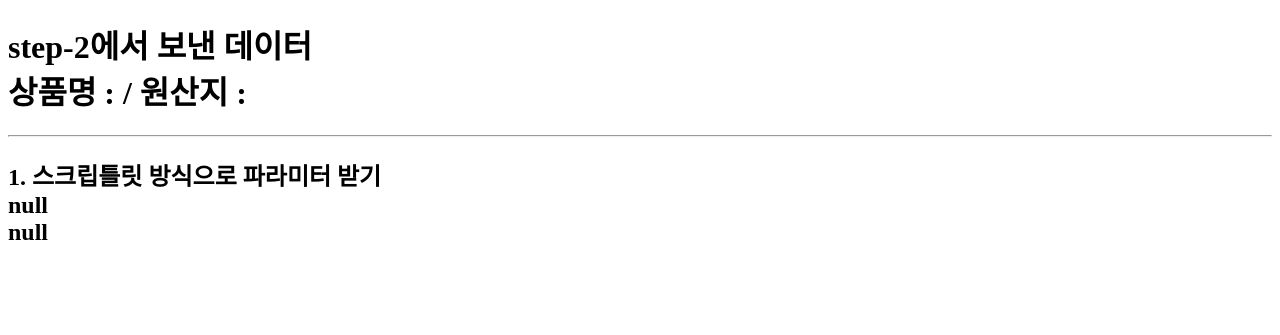
Repository: gajami-kim/240430_JSPJSTL_Study
Page: http://localhost/jstl_study/step-3.jsp
An editor plug-in stored every save of this project. The page is shown before and after the next save, followed by the edit.
The browser window is 1280 px wide. The pictures show the whole page.
The page is served by Tomcat 9. Other server files are loaded and not shown.

Above is the page before, as saved 2024-04-11 03:10:34.

### _jspl_workspace/jstl_study/src/main/webapp/step-3.jsp
<%@ page language="java" contentType="text/html; charset=UTF-8"
    pageEncoding="UTF-8"%>
<!DOCTYPE html>
<html>
<head>
<meta charset="UTF-8">
<title>Insert title here</title>
</head>
<body>
	<h1>step-2에서 보낸 데이터 <br>
	상품명 : ${param.name } / 원산지 : ${param.address }
	</h1>
	<hr>

	<h2>
		1. 스크립틀릿 방식으로 파라미터 받기 <br>

		<%= request.getParameter("name") %> <br>
		<%= request.getParameter("address") %>
	</h2>
</body>
</html>

After the next save:
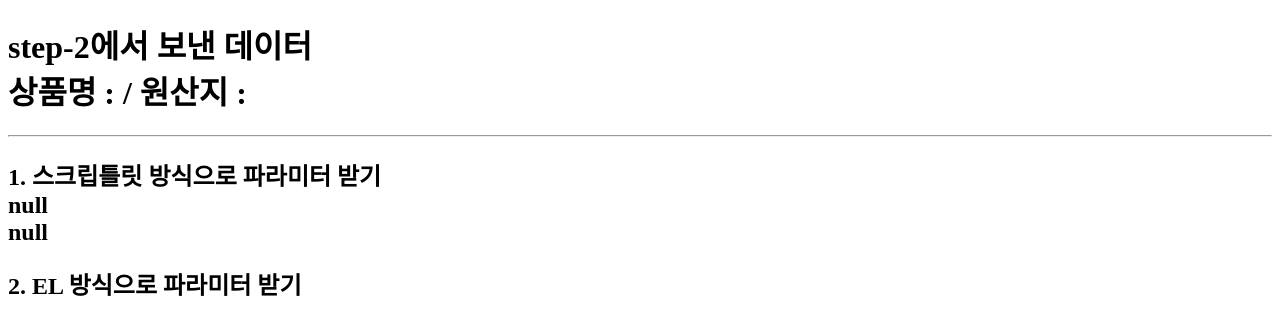
Saved 32 s later.
--- a/_jspl_workspace/jstl_study/src/main/webapp/step-3.jsp
+++ b/_jspl_workspace/jstl_study/src/main/webapp/step-3.jsp
@@ -18,5 +18,11 @@
 		<%= request.getParameter("name") %> <br>
 		<%= request.getParameter("address") %>
 	</h2>
+
+	<h2>
+		2. EL 방식으로 파라미터 받기
+		${param.name } <br>
+		${param.address }
+	</h2>
 </body>
 </html>
